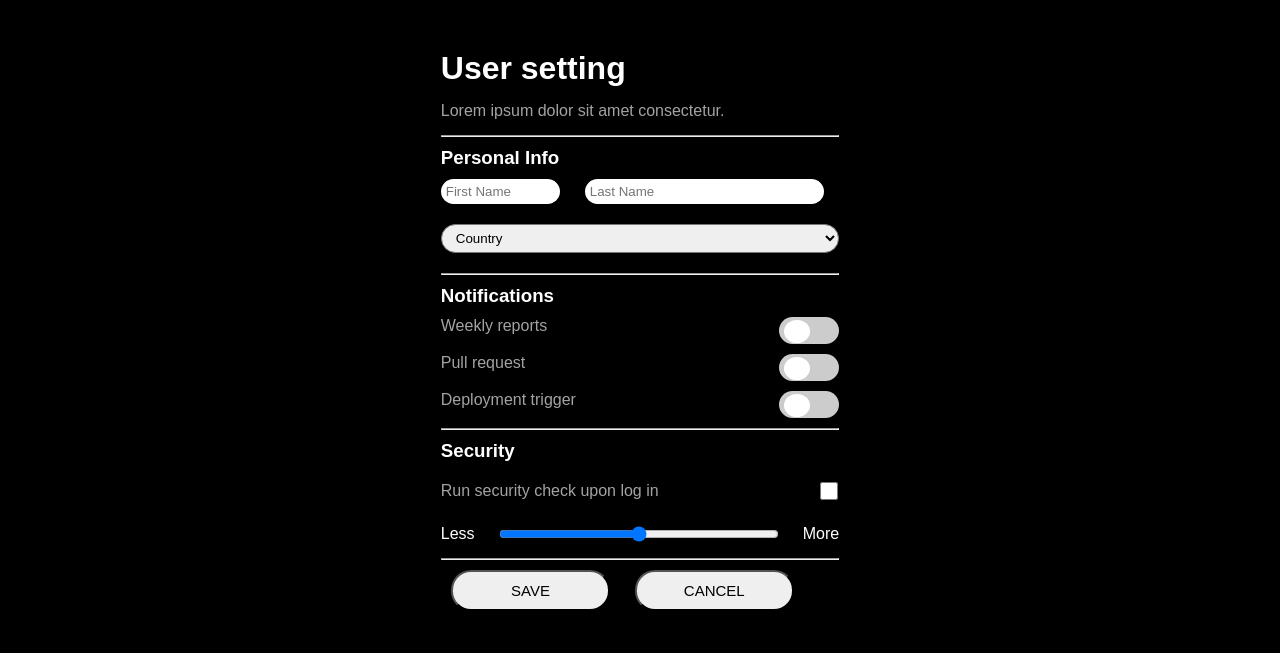
Repository: imokha01/DOM
Page: index.html
These files come from the project's save history. The page is drawn as it stood at one moment and after the next save; the edit follows.
The browser window is 1280 px wide. The pictures show the whole page.

Above is the page before, as saved 2023-12-21 10:00:28.

After the next save:
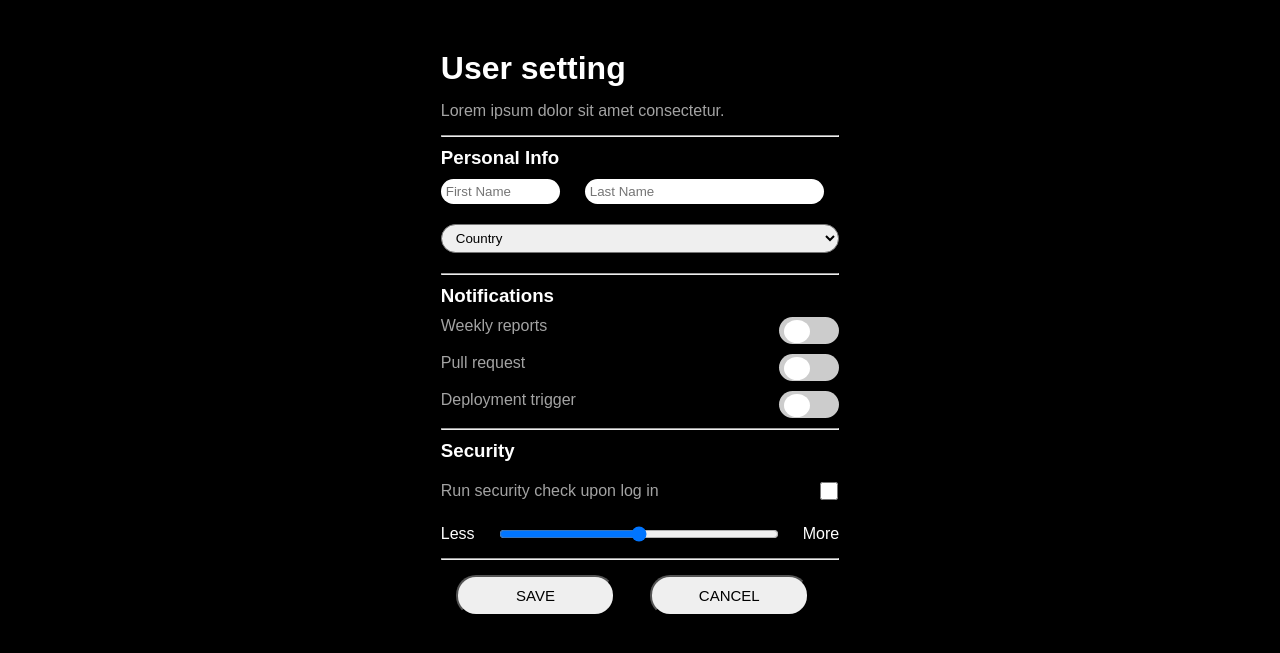
Saved 11 s later.
--- a/index.css
+++ b/index.css
@@ -99,7 +99,7 @@ select {
     margin: 20px 0;
     font-size: 15px;
     width: 40%;
-    margin: 10px;
+    margin: 15px;
 
 }
 
